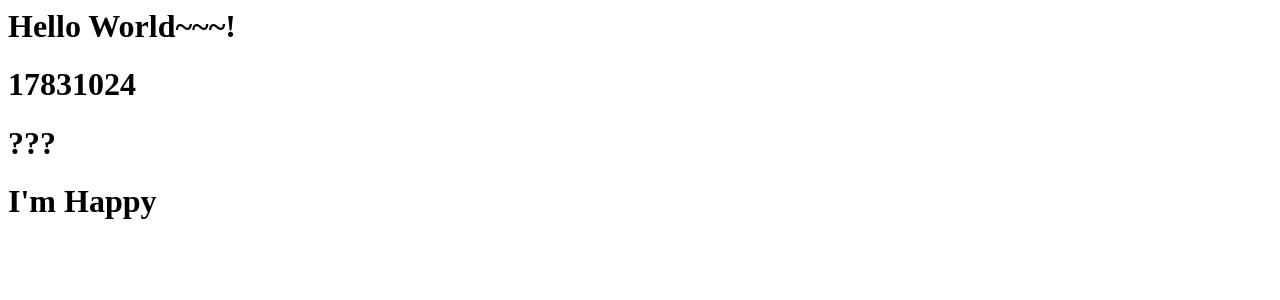
Repository: hyun5292/school
Page: http://localhost/PSH_1005/HelloWorld
The author's editor kept a copy of each file at every save. The page is drawn from the files as they stood at one save, then again after the next save.
The browser window is 1280 px wide. The pictures show the whole page.
The page is served by Tomcat 9. Other server files are loaded and not shown.

Above is the page before, as saved 2018-10-05 08:30:31.

### JSP2-2/PSH_1005/PSH_1005/src/com/jsp/ex/HelloWorld.java
package com.jsp.ex;

import java.io.IOException;
import java.io.PrintWriter;

import javax.servlet.ServletException;
import javax.servlet.annotation.WebServlet;
import javax.servlet.http.HttpServlet;
import javax.servlet.http.HttpServletRequest;
import javax.servlet.http.HttpServletResponse;

/**
 * Servlet implementation class HelloWorld
 */
@WebServlet("/HelloWorld")
public class HelloWorld extends HttpServlet {
	private static final long serialVersionUID = 1L;

    /**
     * @see HttpServlet#HttpServlet()
     */
    public HelloWorld() {
        super();
        // TODO Auto-generated constructor stub
    }

	/**
	 * @see HttpServlet#doGet(HttpServletRequest request, HttpServletResponse response)
	 */
	protected void doGet(HttpServletRequest request, HttpServletResponse response) throws ServletException, IOException {
		// TODO Auto-generated method stub
		//response.getWriter().append("Served at: ").append(request.getContextPath());
		System.out.println("doGet");
		System.out.println("17831024");
		System.out.println("박수현");

		request.setCharacterEncoding("EUC-KR");
		response.setContentType("text/html charset=euc-kr");
		PrintWriter writer = response.getWriter();

		writer.println("<html>");
		writer.println("<head>");
		writer.println("</head>");
		writer.println("<body>");
		writer.println("<h1>Hello World~~~!</h1>");
		writer.println("<h1>17831024</h1>");
		writer.println("<h1>박수현</h1>");
		writer.println("<h1>I'm Happy</h1>");
		writer.println("</body>");
		writer.println("</html>");
		writer.close();
	}

	/**
	 * @see HttpServlet#doPost(HttpServletRequest request, HttpServletResponse response)
	 */
	protected void doPost(HttpServletRequest request, HttpServletResponse response) throws ServletException, IOException {
		// TODO Auto-generated method stub
		//doGet(request, response);
		System.out.println("doPost");
	}

}

After the next save:
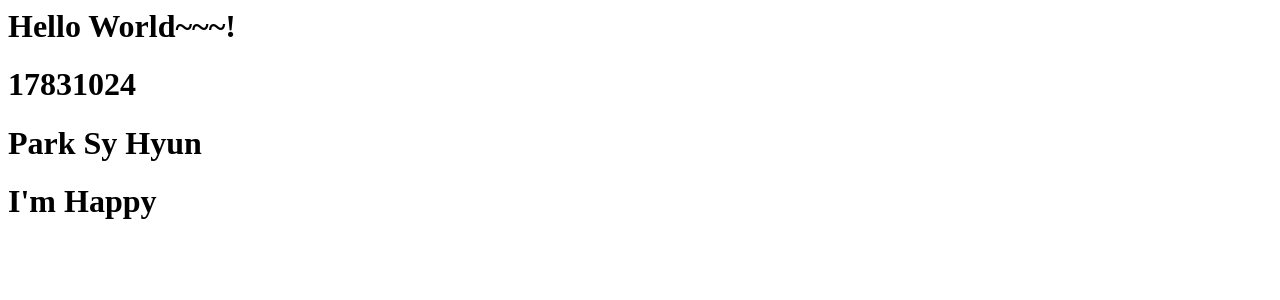
Saved 8 s later.
--- a/JSP2-2/PSH_1005/PSH_1005/src/com/jsp/ex/HelloWorld.java
+++ b/JSP2-2/PSH_1005/PSH_1005/src/com/jsp/ex/HelloWorld.java
@@ -44,7 +44,7 @@
 		writer.println("<body>");
 		writer.println("<h1>Hello World~~~!</h1>");
 		writer.println("<h1>17831024</h1>");
-		writer.println("<h1>박수현</h1>");
+		writer.println("<h1>Park Sy Hyun</h1>");
 		writer.println("<h1>I'm Happy</h1>");
 		writer.println("</body>");
 		writer.println("</html>");

After the save that followed:
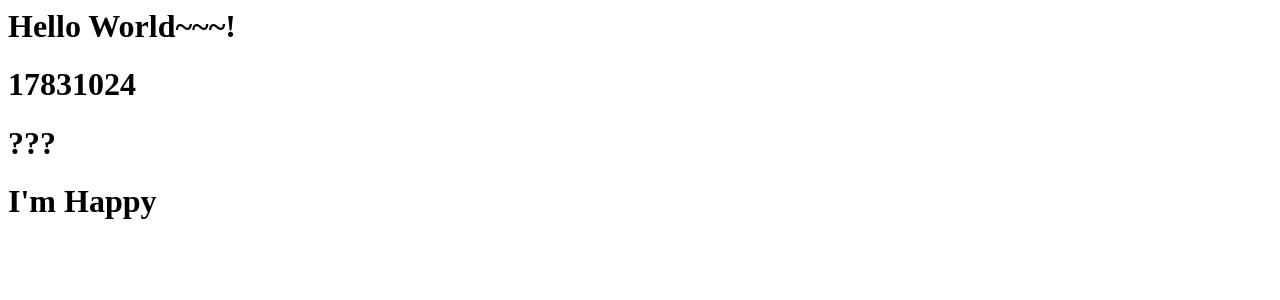
Saved 23 s later.
--- a/JSP2-2/PSH_1005/PSH_1005/src/com/jsp/ex/HelloWorld.java
+++ b/JSP2-2/PSH_1005/PSH_1005/src/com/jsp/ex/HelloWorld.java
@@ -44,7 +44,7 @@
 		writer.println("<body>");
 		writer.println("<h1>Hello World~~~!</h1>");
 		writer.println("<h1>17831024</h1>");
-		writer.println("<h1>Park Sy Hyun</h1>");
+		writer.println("<h1>박수현</h1>");
 		writer.println("<h1>I'm Happy</h1>");
 		writer.println("</body>");
 		writer.println("</html>");
